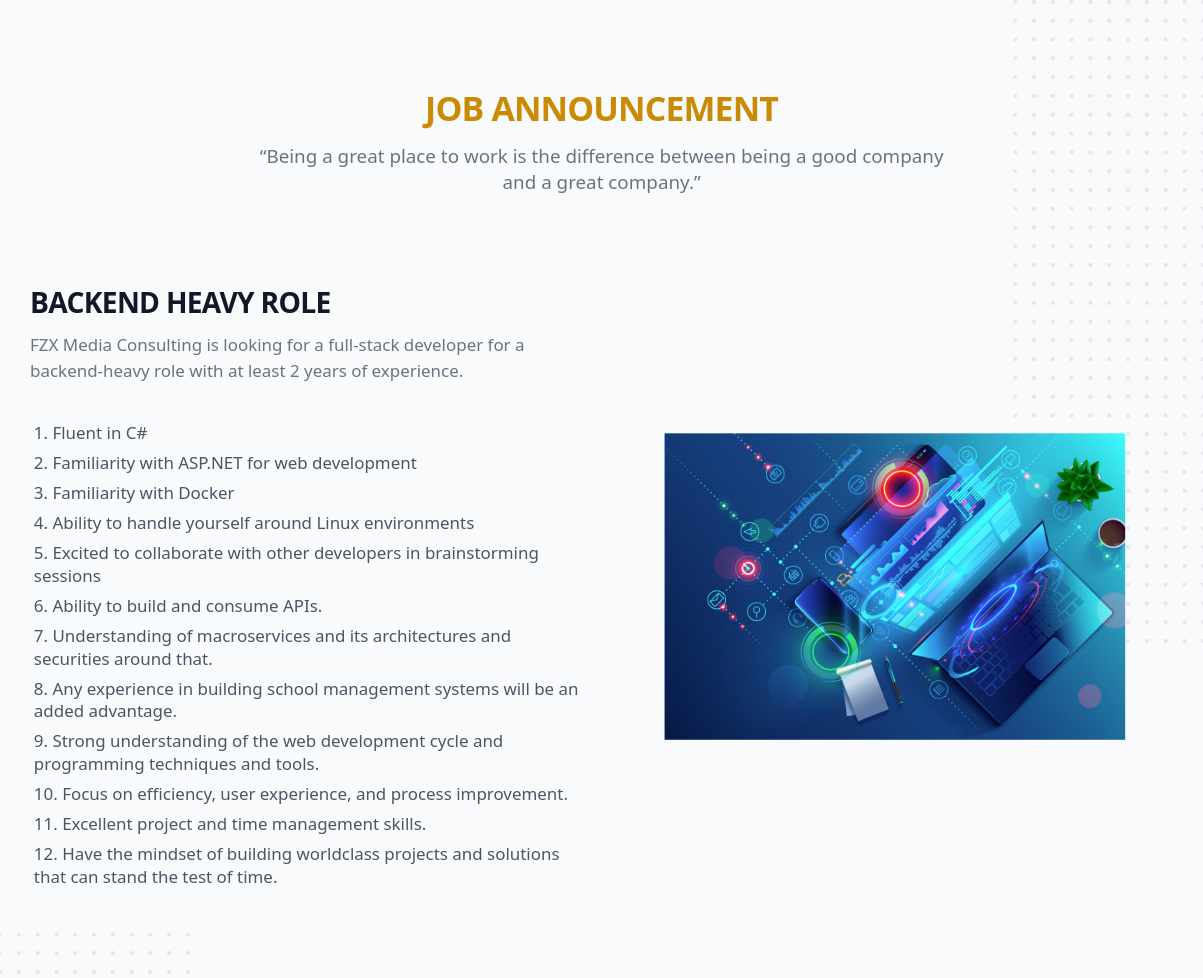
Repository: emorilebo/invotec
Page: /jobs
These files come from the project's save history. The page is drawn as it stood at one moment and after the next save; the edit follows.
The browser window is 1280 px wide. The pictures show the whole page, at 94% of full size.
The project was rebuilt for these pictures with package versions that can differ from the ones it lists, and the page was loaded fresh each time. The framework's server and built-in components were replaced by stand-ins that run in the browser. Also part of the build but not shown: next.config.js.

Above is the page before, as saved 2022-12-07 11:29:47.

After the next save:
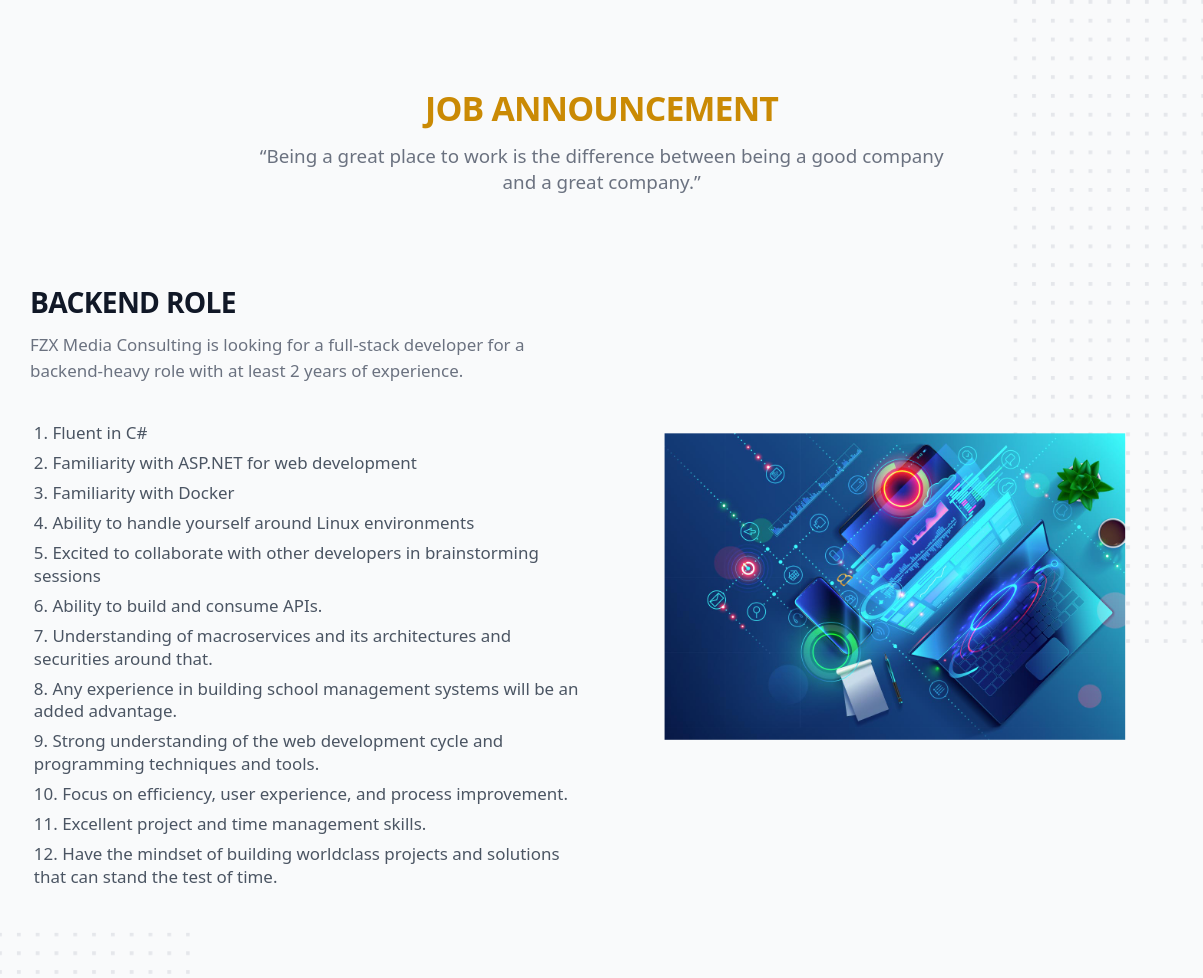
Saved 91 s later.
--- a/pages/jobs.tsx
+++ b/pages/jobs.tsx
@@ -161,7 +161,7 @@ function jobs() {
         <div className="relative mt-12 lg:mt-24 lg:grid lg:grid-cols-2 lg:items-center lg:gap-8">
           <div className="relative">
             <h3 className="text-2xl font-bold tracking-tight text-gray-900 sm:text-3xl">
-              BACKEND HEAVY ROLE
+              BACKEND ROLE
             </h3>
             <p className="mt-3 text-lg text-gray-500">
               FZX Media Consulting is looking for a full-stack developer for a
